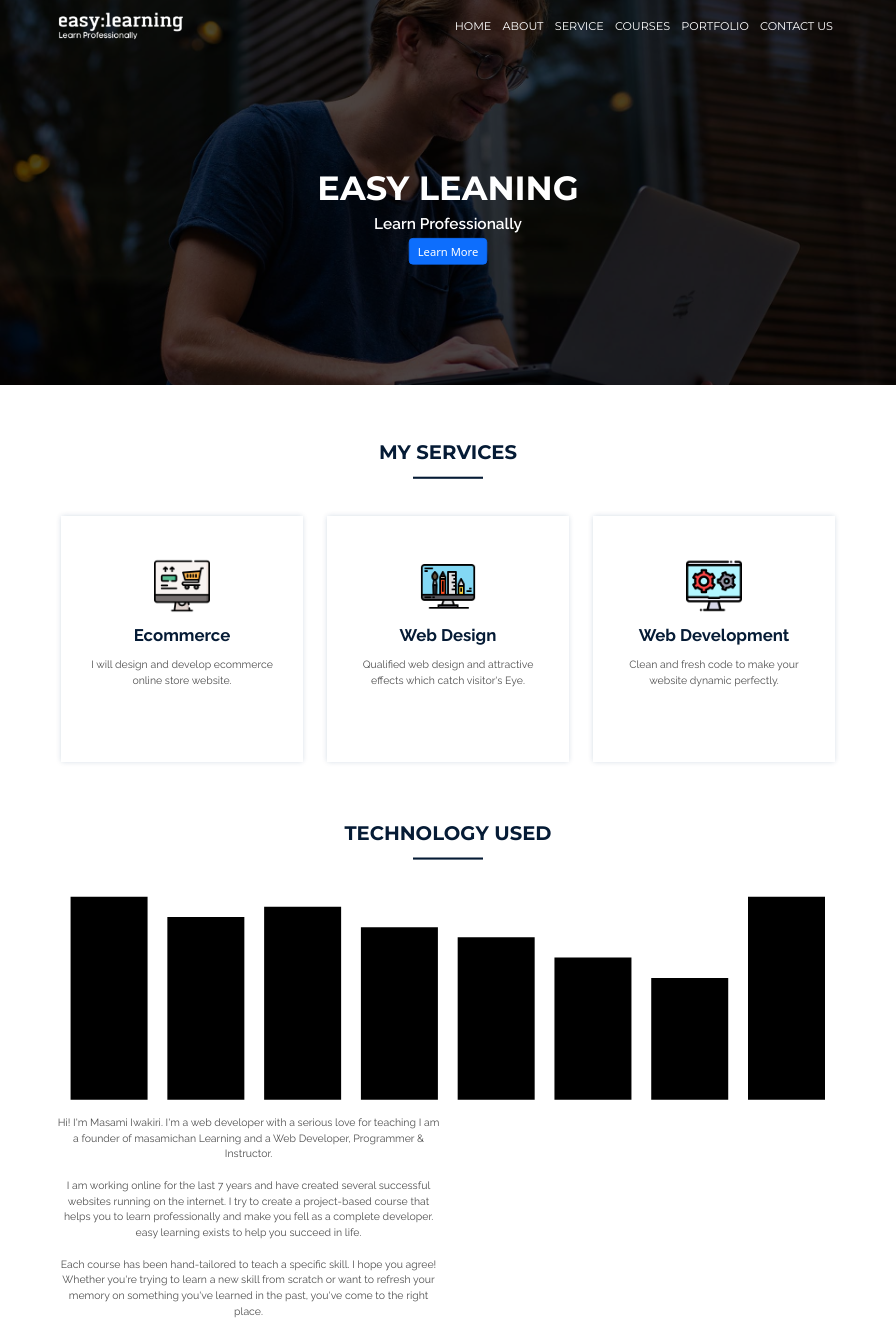
Repository: masamichan/free_video_app
Page: /
These files come from the project's save history. The page is drawn as it stood at one moment and after the next save; the edit follows.
The browser window is 1280 px wide. The pictures show the whole page, at 70% of full size.
Backgrounds fixed to the window are drawn as part of the page. The project was rebuilt for these pictures with package versions that can differ from the ones it lists, and the page was loaded fresh each time.

Above is the page before, as saved 2023-01-29 10:10:15.

After the next save:
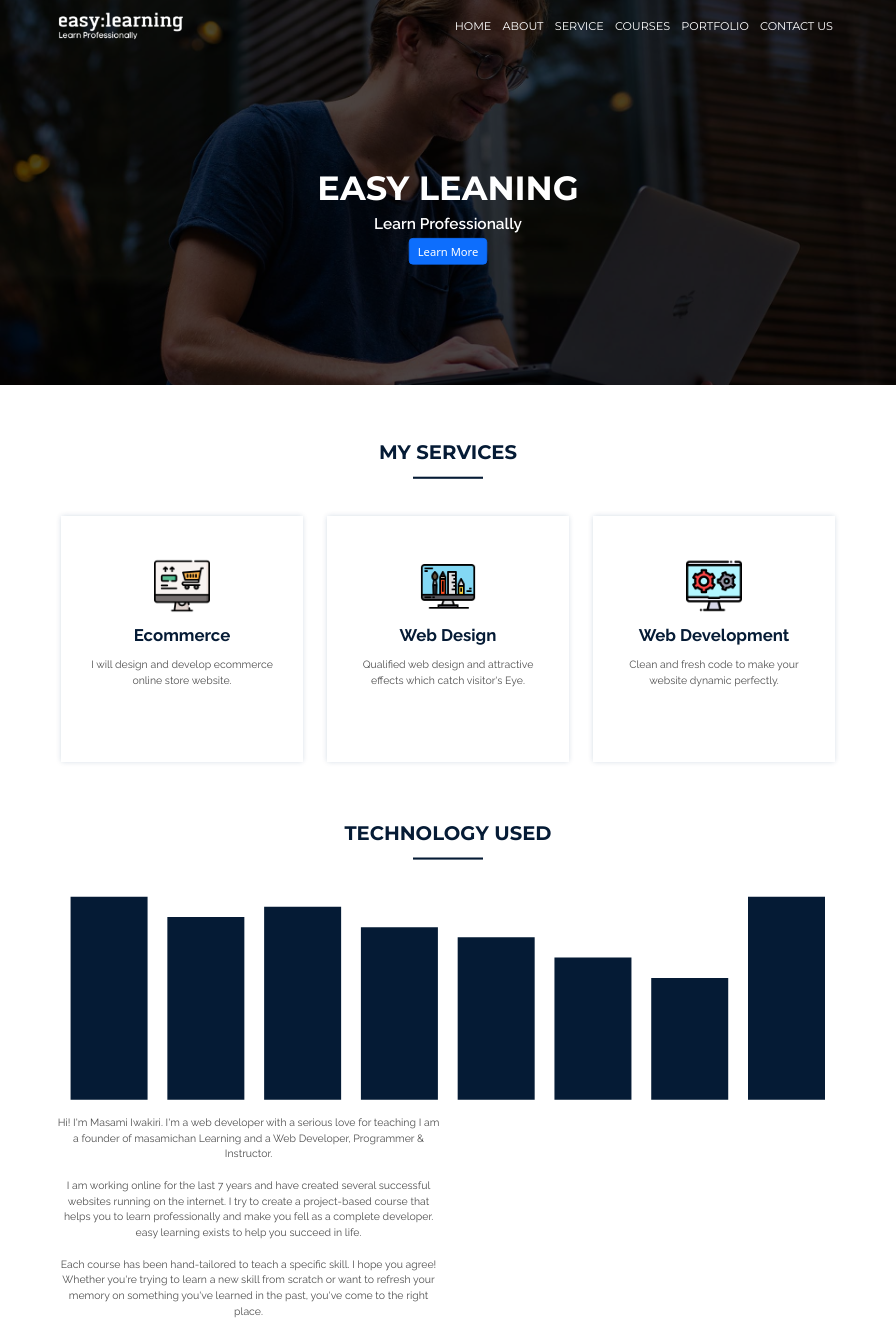
Saved 62 s later.
--- a/src/components/Analysis/Analysis.jsx
+++ b/src/components/Analysis/Analysis.jsx
@@ -35,7 +35,7 @@ export class Analysis extends Component {
             >
               <ResponsiveContainer>
                 <BarChart width={100} height={300} data={this.state.data}>
-                  <Bar dataKey="Projects"></Bar>
+                  <Bar dataKey="Projects" fill={blue}></Bar>
                 </BarChart>
               </ResponsiveContainer>
             </Col>
